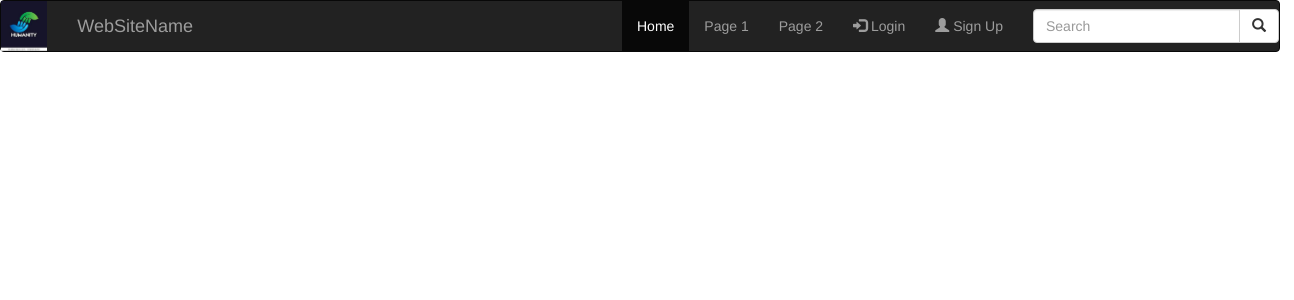
Repository: isranivishal/TsecCodestorm
Page: http://localhost/
The author's editor kept a copy of each file at every save. The page is drawn from the files as they stood at one save, then again after the next save.
The browser window is 1280 px wide. The page is 1294 px wide, so the pictures cover 1294 px, including what lies to the right of the window. The pictures show the whole page.
Some web libraries are served in a nearby version. The page is run by PHP 8.4 with error messages shown; the project is at /var/www/html/.

Above is the page before, as saved 2018-09-22 05:19:24.

### index.php
<!Doctype HTML>
<html>
    <head>
            <link rel="stylesheet" href="https://maxcdn.bootstrapcdn.com/bootstrap/3.3.7/css/bootstrap.min.css">
            <script src="https://ajax.googleapis.com/ajax/libs/jquery/3.3.1/jquery.min.js"></script>
            <script src="https://maxcdn.bootstrapcdn.com/bootstrap/3.3.7/js/bootstrap.min.js"></script>
            <link rel="stylesheet" href="https://cdnjs.cloudflare.com/ajax/libs/animate.css/3.5.2/animate.min.css">
    </head>

    <body>
        <div class="animated slideInLeft ">

        <nav class="navbar navbar-inverse">

              <div class="navbar-header">
                <img src="final_logo.jpg" style="height:50px", float:"left" class="animated slideInLeft delay-2s"></img >
                <a class="navbar-brand" href="#" style="float:right; padding-left:30px">WebSiteName</a>
              </div>
              <form class="navbar-form navbar-right" action="/action_page.php">
                <div class="input-group">
                  <input type="text" class="form-control" placeholder="Search" name="search">
                  <div class="input-group-btn">
                    <button class="btn btn-default" type="submit">
                      <i class="glyphicon glyphicon-search"></i>
                    </button>
                  </div>
                </div>
              </form>
              <ul class="nav navbar-nav navbar-right">

                    <li><a href="#"><span class="glyphicon glyphicon-log-in"></span> Login</a></li>
                    <li><a href="#"><span class="glyphicon glyphicon-user"></span> Sign Up</a></li>
            </ul>
              <ul class="nav navbar-nav navbar-right">
                <li class="active"><a href="#">Home</a></li>
                <li><a href="#">Page 1</a></li>
                <li><a href="#">Page 2</a></li>
              </ul>


            </div>
          </nav>
        </div>
    </body>
</html>

After the next save:
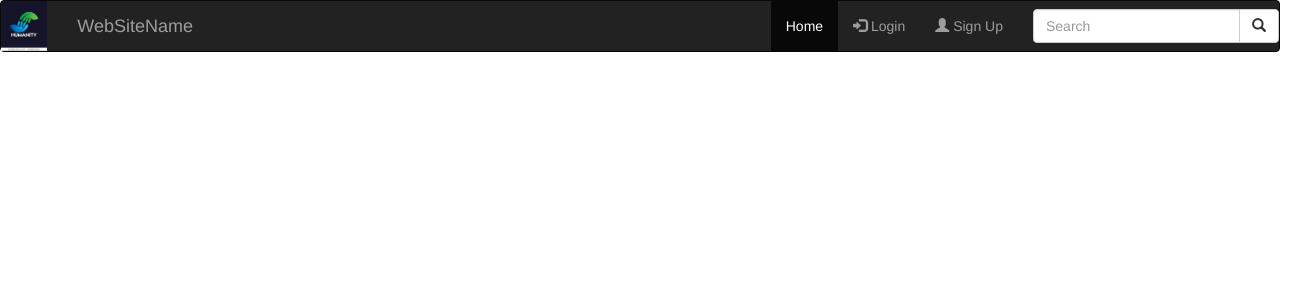
Saved 13 s later.
--- a/index.php
+++ b/index.php
@@ -33,8 +33,7 @@
             </ul>
               <ul class="nav navbar-nav navbar-right">
                 <li class="active"><a href="#">Home</a></li>
-                <li><a href="#">Page 1</a></li>
-                <li><a href="#">Page 2</a></li>
+
               </ul>
 
 
